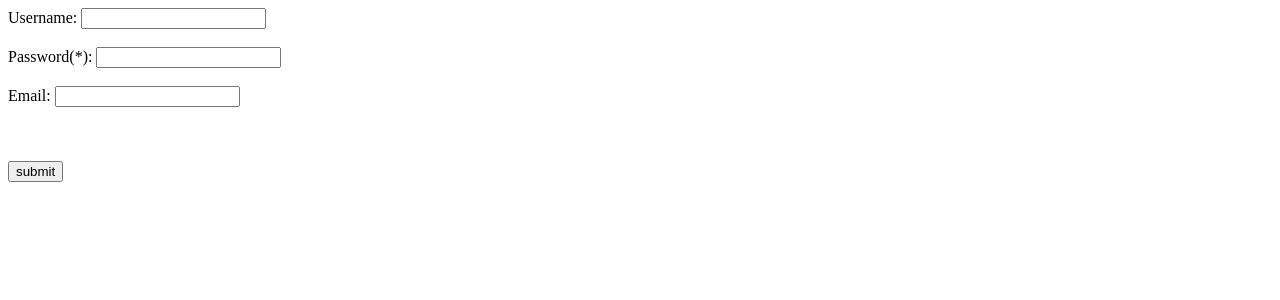
Repository: pranooj-github/Assignments
Page: http://localhost/com.login/login
The author's editor kept a copy of each file at every save. The page is drawn from the files as they stood at one save, then again after the next save.
The browser window is 1280 px wide. The pictures show the whole page.
The page is served by Tomcat 9. Other server files are loaded and not shown.

Above is the page before, as saved 2021-07-24 13:46:37.

### SpringMVC/SpringmvcAssignment6/com.login/src/main/webapp/WEB-INF/views/login.jsp
<%@ page language="java" contentType="text/html; charset=ISO-8859-1"
    pageEncoding="ISO-8859-1"%>
    <%@ taglib prefix="form" uri="http://www.springframework.org/tags/form"%>

<!DOCTYPE html PUBLIC "-//W3C//DTD HTML 4.01 Transitional//EN"
    "http://www.w3.org/TR/html4/loose.dtd">
<html>
<head>
<meta http-equiv="Content-Type" content="text/html; charset=UTF-8">
<title>Login</title>
<style>
    .error {
        color: red; font-weight: bold;
    }
</style>
</head>
<body>
<form:form action="/login" modelAttribute="user">
Username: <form:input path="username"/> <br><br>
Password(*): <form:password path="password"/>
<form:errors path="password" cssClass="error"/><br><br>
Email: <form:input path="email"/> <br><br>
<form:errors path="email" cssClass="error"/><br><br>

<input type="submit" value="submit">
</form:form>
</body>
</html>


 <!--<form action="/login" method="post">
Your username<input type="text" name ="username" ><br>

Password<input type="password" name ="password" ><br>
Email<input type="email" name ="email" >
<input type="submit" value="Login">



</form> -->

After the next save:
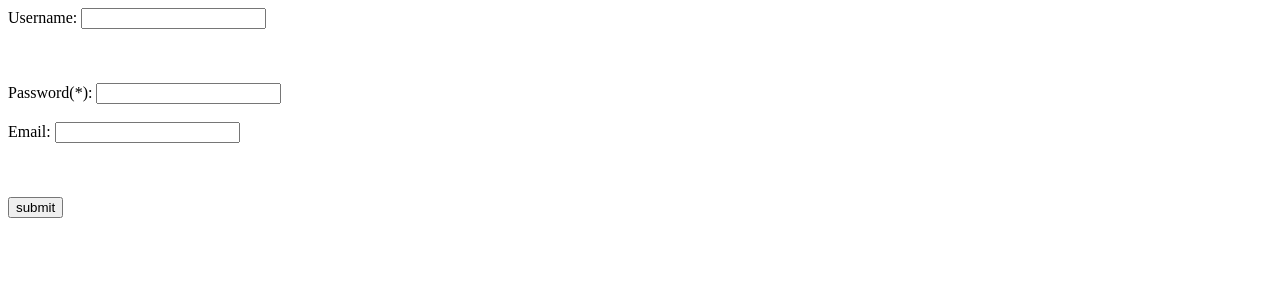
Saved 2 min 23 s later.
--- a/SpringMVC/SpringmvcAssignment6/com.login/src/main/webapp/WEB-INF/views/login.jsp
+++ b/SpringMVC/SpringmvcAssignment6/com.login/src/main/webapp/WEB-INF/views/login.jsp
@@ -17,7 +17,9 @@
 <body>
 <form:form action="/login" modelAttribute="user">
 Username: <form:input path="username"/> <br><br>
+<form:errors path="username" cssClass="error"/><br><br>
 Password(*): <form:password path="password"/>
+
 <form:errors path="password" cssClass="error"/><br><br>
 Email: <form:input path="email"/> <br><br>
 <form:errors path="email" cssClass="error"/><br><br>
